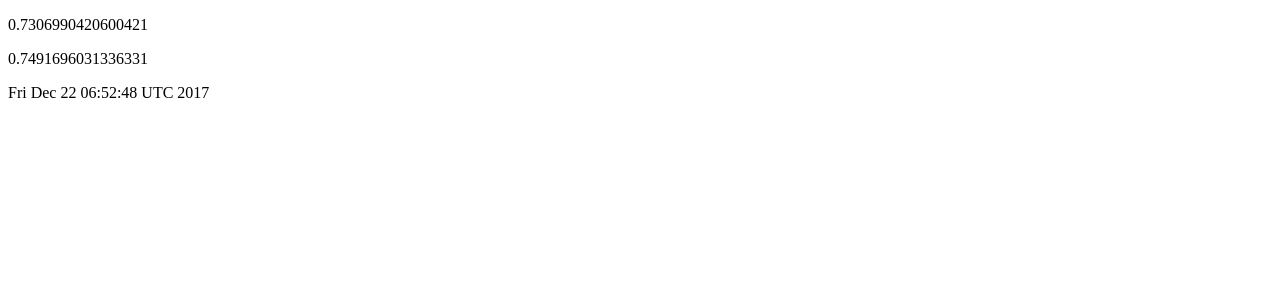
Repository: nununukibook/backup
Page: http://localhost/HelloJSP/
These files come from the project's save history. The page is drawn as it stood at one moment and after the next save; the edit follows.
The browser window is 1280 px wide. The pictures show the whole page.
The page is served by Tomcat 9.

Above is the page before, as saved 2017-12-26 04:44:38.

After the next save:
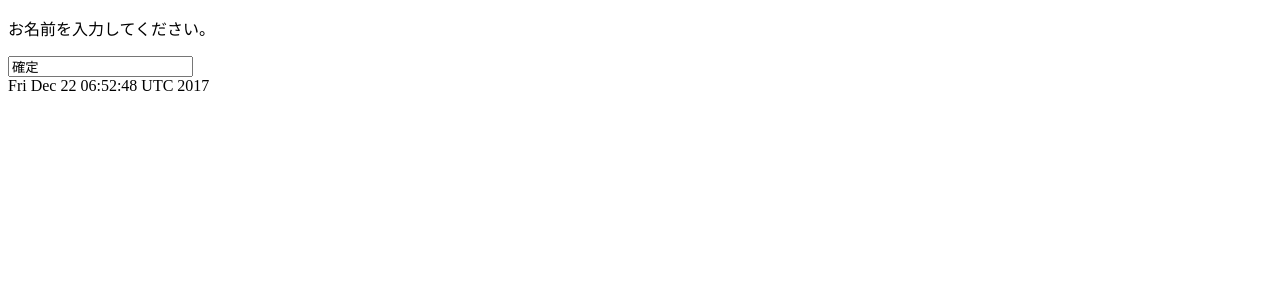
Saved 28 s later.
--- a/HelloJSP/WebContent/index.jsp
+++ b/HelloJSP/WebContent/index.jsp
@@ -7,9 +7,11 @@
 <title>TEST</title>
 </head>
 <body>
-<p><%out.println(Math.random()); %></p>
-<p><%=Math.random() %></p>
-
+<p>お名前を入力してください。</p>
+<form method="post action="greeting-out.jsp>
+<input type="text" name="user>
+<input type="submit" value="確定">
+</form>
 <% out.println(new java.util.Date()); %>
 </body>
 </html>
